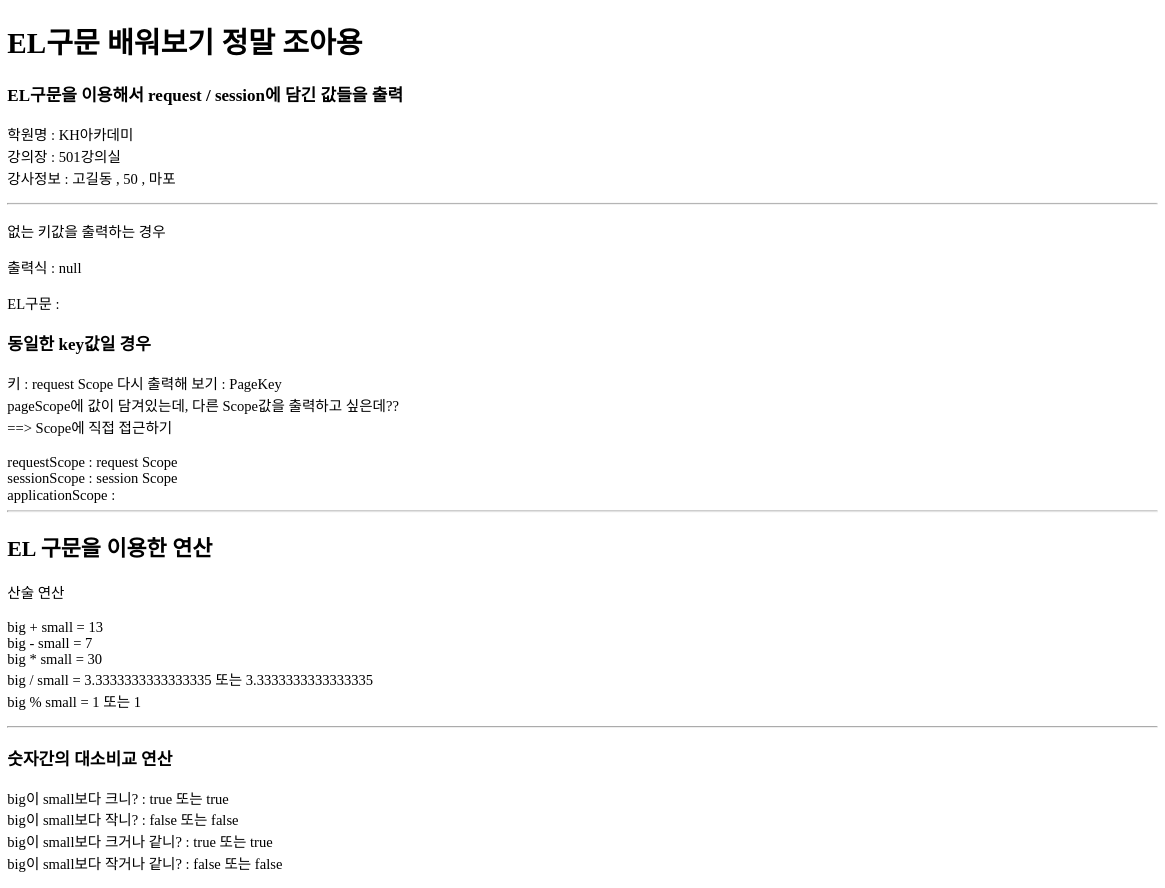
Repository: rlaehqkf/java_practice
Page: http://localhost/ActionProject/el.do
An editor plug-in stored every save of this project. The page is shown before and after the next save, followed by the edit.
The browser window is 1280 px wide. The pictures show the whole page, at 91% of full size.
The page is served by Tomcat 9.

Above is the page before, as saved 2026-05-06 06:31:41.

After the next save:
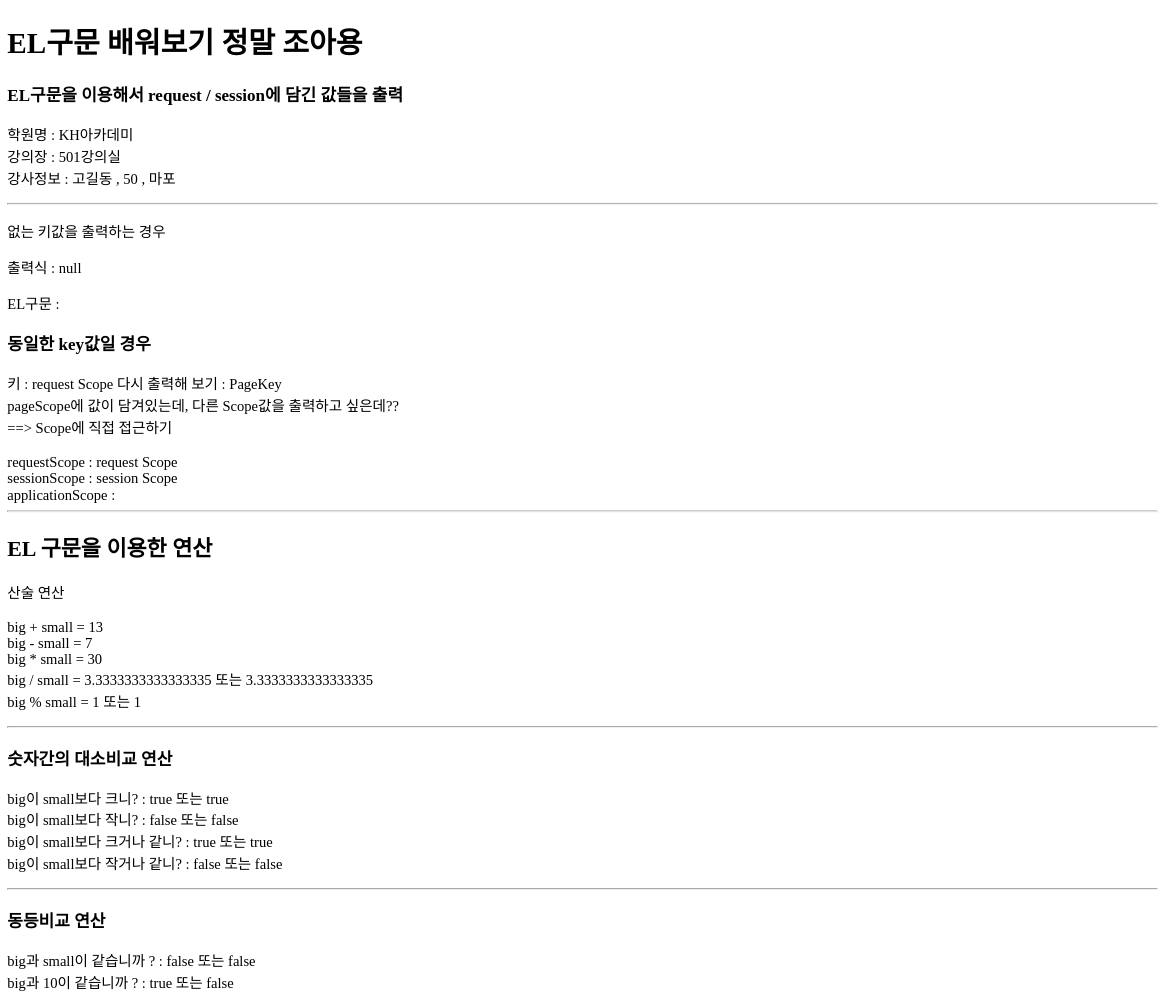
Saved 3 min 59 s later.
--- a/ActionProject/src/main/webapp/WEB-INF/views/01_el.jsp
+++ b/ActionProject/src/main/webapp/WEB-INF/views/01_el.jsp
@@ -114,8 +114,14 @@
 		big이 small보다 작거나 같니? : ${ big <= small } 또는 ${ big le small }<br>
 	</p>
 
+	<hr>
 
+	<h3>동등비교 연산</h3>
 
+	<p>
+		big과 small이 같습니까 ? : ${ big == small } 또는 ${ big eq small } <br>
+		big과 10이 같습니까 ? : ${ big eq 10 } 또는 ${ big ne 10 } <br>
+													<!--  ne : not equals -->
 
 
 
